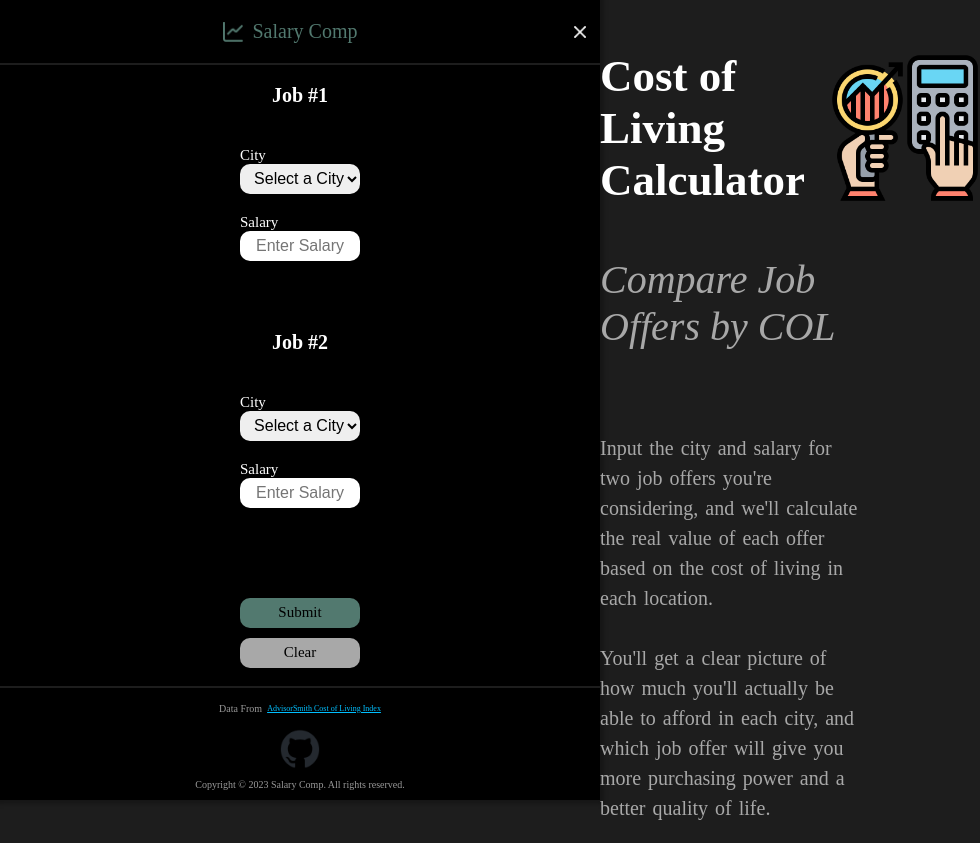
Repository: robbymcd/Salary-Comp
Page: /
The author's editor kept a copy of each file at every save. The page is drawn from the files as they stood at one save, then again after the next save.
The browser window is 600 px wide. The page is 980 px wide, so the pictures cover 980 px, including what lies to the right of the window. The pictures show the whole page.
Some web fonts or font styles are not loaded; a fallback is used. The project was rebuilt for these pictures with package versions that can differ from the ones it lists, and the page was loaded fresh each time. Also part of the build but not shown: src/Main.css, src/Main.js.

Above is the page before, as saved 2023-06-16 14:30:48.

### public/index.html
<!DOCTYPE html>
<html lang="en">
  <head>
    <meta charset="utf-8" />
    <link rel="icon" href="%PUBLIC_URL%/favicon.ico" />
    <meta name="viewport" content="width=device-width, initial-scale=1" />
    <meta name="theme-color" content="#000000" />
    <meta
      name="description"
      content="Compare Job Offers by COL"
    />
    <link rel="apple-touch-icon" href="%PUBLIC_URL%/logo192.png" />
    <!--
      manifest.json provides metadata used when your web app is installed on a
      user's mobile device or desktop. See https://developers.google.com/web/fundamentals/web-app-manifest/
    -->
    <link rel="manifest" href="%PUBLIC_URL%/manifest.json" />
    <!--
      Notice the use of %PUBLIC_URL% in the tags above.
      It will be replaced with the URL of the `public` folder during the build.
      Only files inside the `public` folder can be referenced from the HTML.

      Unlike "/favicon.ico" or "favicon.ico", "%PUBLIC_URL%/favicon.ico" will
      work correctly both with client-side routing and a non-root public URL.
      Learn how to configure a non-root public URL by running `npm run build`.
    -->
    <title>Salary Comp</title>
  </head>
  <body>
    <noscript>You need to enable JavaScript to run this app.</noscript>
    <div id="root"></div>
    <!--
      This HTML file is a template.
      If you open it directly in the browser, you will see an empty page.

      You can add webfonts, meta tags, or analytics to this file.
      The build step will place the bundled scripts into the <body> tag.

      To begin the development, run `npm start` or `yarn start`.
      To create a production bundle, use `npm run build` or `yarn build`.
    -->
  </body>
</html>

### src/index.css
body {
  margin: 0;
  font-family: -apple-system, BlinkMacSystemFont, 'Segoe UI', 'Roboto', 'Oxygen',
    'Ubuntu', 'Cantarell', 'Fira Sans', 'Droid Sans', 'Helvetica Neue',
    sans-serif;
  -webkit-font-smoothing: antialiased;
  -moz-osx-font-smoothing: grayscale;
  height: 100%;
  width: 100%;
}

html {
  height: 100%;
  width: 100%;
  background-color: #1D1D1D;
}

code {
  font-family: source-code-pro, Menlo, Monaco, Consolas, 'Courier New',
    monospace;
}

### src/App.js
import React, { useState } from 'react';
import './App.css';
import Sidebar from './Sidebar.js';
import Content from './Content.js';

function App() {
  const [isSubmitted, setIsSubmitted] = useState(false);
  const [cityCOL1, setCityCOL1] = useState('');
  const [cityCOL2, setCityCOL2] = useState('');
  const [cityName1, setCityName1] = useState('');
  const [cityName2, setCityName2] = useState('');
  const [salary1, setSalary1] = useState('');
  const [salary2, setSalary2] = useState('');

  const handleFormSubmit = (formData) => {
    setIsSubmitted(true);
    setCityCOL1(formData.cityCOL1);
    setCityCOL2(formData.cityCOL2);
    setCityName1(formData.cityName1);
    setCityName2(formData.cityName2);
    setSalary1(formData.salary1);
    setSalary2(formData.salary2);
  };

  return (
    <div className="main">
        <Sidebar onFormSubmit={handleFormSubmit}/>
        <Content isSubmitted={isSubmitted} cityCOL1={cityCOL1} cityCOL2={cityCOL2} cityName1={cityName1} cityName2={cityName2} salary1={salary1} salary2={salary2} />
    </div>
  );
}

export default App;

### src/App.css
.main {
    display: flex;
    flex-direction: row;
    height: 200%;
    width: 100%;
    background-color: #1D1D1D;
}

### src/Content.js
import React from 'react';
import './Content.css';
import Instruction from './Instruction.js';
import Main from './Main.js';

export default function Content({ isSubmitted ,cityCOL1 ,cityCOL2, cityName1, cityName2 , salary1, salary2 }) {

    return (
        <div className='Content-container'>
            {isSubmitted ? <Main cityCOL1={cityCOL1} cityCOL2={cityCOL2} cityName1={cityName1} cityName2={cityName2} salary1={salary1} salary2={salary2}/> : <Instruction />}
        </div>
    );
}

### src/Sidebar.css
@import url('https://fonts.googleapis.com/css?family=Roboto-Mono');
@import url('https://fonts.googleapis.com/css?family=Mukta-Vaani');
.sidebar {
    display: flex;
    height: 100vh;
    width: fit-content;
}

.closed-sidebar {
    display: flex;
    height: 100vh;
    width: fit-content;
    margin-right: 22vw;
}

.plusIcon {
    height: 30px;
    width: 30px;
    margin-left: 20px;
    align-self: center;
    cursor: pointer;
}

.plusIcon:hover {
    opacity: 0.5;
}

.error {
    display: flex;
    font-size: 15px;
    margin-bottom: -15px;
    color: #BA1F33;
}

.button-container {
    display: flex;
    flex-direction: column;
    gap: 10px;
    margin-top: 20px;
}

.submit-container {
    display: flex;
}

.submit {
    height: 30px;
    width: clamp(100px, 20vw, 300px);
    border-radius: 10px;
    border: none;
    outline: none;
    cursor: pointer;
    background-color: #52796F;
    font-family: Mukta Vaani;
    font-size: 15px;
    color: #000;
    box-shadow: 0px 4px 4px rgba(0, 0, 0, 0.25);
}

.submit:hover {
    opacity: 0.8;
}

.clear-container {
    display: flex;
}

.clear {
    height: 30px;
    width: clamp(100px, 20vw, 300px);
    border-radius: 10px;
    border: none;
    outline: none;
    cursor: pointer;
    background-color: #a8a8a8;
    font-family: Mukta Vaani;
    font-size: 15px;
    color: #000;
    box-shadow: 0px 4px 4px rgba(0, 0, 0, 0.25);
}

.clear:hover {
    opacity: 0.8;
}

@media screen and (min-width: 1650px) {
    .button-container {
        gap: 20px;
    }
}

### src/OpenSidebar.css
@import url('https://fonts.googleapis.com/css?family=Roboto-Mono');
@import url('https://fonts.googleapis.com/css?family=Mukta-Vaani');

.open-sidebar {
    display: flex;
    flex-direction: column;
    height: 100vh;
    width: 25vw;
    background-color: #000;
    box-shadow: 0px 0px 4px 4px rgba(0, 0, 0, 0.25);
    margin-right: 8vw;
    transition: transform 0.3s ease-in-out;
}

.sidebar-header {
    display: flex;
    width: 25vw;
    border-bottom: 2px solid #1d1d1d;
    justify-content: space-between;
    align-items: center;
}

.sidebar-wrapper {
    display: inline-block;
}

.centering {
    display: flex;
    flex-direction: row;
    width: 100%;
    align-self: center;
    align-items: center;
    justify-content: center;
}

.logo {
    display: flex;
    flex-direction: row;
    width: 100%;
    align-items: center;
    justify-content: center;
    gap: 10px;
    cursor: pointer;
}

.logo:hover {
    opacity: .8;
}

.logo p {
    font-family: Roboto Mono;
    color: #52796F;
    font-size: 25px;
}

.chart {
    height: 20px;
    width: 20px;
}

.city {
    display: flex;
    flex-direction: column;
    font-family: Mukta Vaani;
    font-style: normal;
    font-weight: 300;
    font-size: 20px;
    color: #fff;
}

.salary{
    display: flex;
    flex-direction: column;
    font-family: Mukta Vaani;
    font-style: normal;
    font-weight: 300;
    font-size: 20px;
    color: #fff;
}

.salary label {
    display: flex;
    justify-self: center;
}

.form {
    display: flex;
    flex-direction: column;
    font-family: Mukta Vaani;
    height: 100%;
    align-items: center;
    gap: 20px;
    border-bottom: 2px solid #1d1d1d;
    justify-content: center;
    padding: 20px;
}

.form h1 {
    color: #fff;
    font-family: Roboto Mono;
    font-size: 30px;
    font-weight: 700;
    font-style: normal;
    text-align: center;
    margin-top: 10px;
    margin-bottom: 0px;
}

select {
    cursor: pointer;
}

input {
    text-decoration: none;
    height: 30px;
    width: clamp(100px, 20vw, 300px);
    border-radius: 10px;
    outline: none;
    border: none;
    padding: 0;
    text-align: center;
    font-size: 16px;
    cursor: pointer;
}

.salarycomp {
    height: 80px;
    width: 360px;
}

.x {
    height: 25px;
    width: 25px;
    cursor: pointer;
    margin-right: 10px;
}

.x:hover {
    opacity: 0.5;
    transition: ease-in-out 0.2s;
}

.footer {
    display: flex;
    flex-direction: column;
    align-items: center;
    justify-content: center;
    width: 100%;
    background-color: #000;
}

.footer p {
    color: #fff;
    opacity: .6;
    font-family: 'Mukta Vaani';
    font-style: normal;
    font-weight: 300;
    font-size: 14px;
    text-align: center;
}

.hiw {
    display: flex;
    flex-direction: row;
    align-items: center;
    justify-content: center;
    gap: 10px;
}

.hiw a {
    font-size: 14px;
    font-weight: 300;
    font-family: 'Mukta Vaani';
    color: #00bfff;
}

.hiw a:hover {
    opacity: 0.5;
    transition: ease-in-out 0.2s;
}

.github {
    height: 50px;
    width: 50px;
    cursor: pointer;
}

.github:hover {
    opacity: 0.8;
}

@media screen and (max-width: 1000px) {
    .footer p {
        font-size: 10px;
    }

    .hiw a {
        font-size: 10px;
    }

    .hiw {
        margin-top: 10px;
        margin-bottom: 5px;
        gap: 5px;
    }
}

@media screen and (max-width: 700px) {
    .open-sidebar {
        width: 100vw;
        margin-right: 0;
    }

    .form {
        padding: 10px;
    }

    .form h1 {
        font-size: 20px;
    }

    .sidebar-header {
        width: 100vw;
    }

    .sidebar-wrapper {
        display: flex;
        flex-direction: row;
        justify-content: space-between;
        width: 100vw;
    }

    .logo {
        margin-left: 10px;
    }

    .logo p {
        font-size: 20px;
    }

    .city {
        font-size: 15px;
    }

    .salary {
        font-size: 15px;
    }

    .salary label {
        font-size: 15px;
    }

    .salarycomp {
        height: 60px;
        width: 300px;
    }

    .x {
        height: 20px;
        width: 20px;
    }

    .hiw a {
        font-size: 8px;
    }

    .hiw {
        margin-top: 5px;
        margin-bottom: 5px;
        gap: 5px;
    }

    .github {
        height: 40px;
        width: 40px;
    }
}

@media screen and (min-height: 800px) {
    .form h1 {
        margin-top: 0;
        margin-bottom: 20px;
    }

    input {
        margin-bottom: 50px;
    }
}

### src/Select.css
.select-main {
    text-decoration: none;
    height: 30px;
    width: clamp(100px, 20vw, 300px);
    border-radius: 10px;
    outline: none;
    text-align: center;
    font-size: 16px;
}

.select-main select {
    text-align: center;
    text-decoration: none;
    outline: none;
    border: none;
    height: 30px;
    width: clamp(100px, 20vw, 300px);
    border-radius: 10px;
    font-size: 16px;
    padding-left: 10px;
}

### src/Content.css
@import url('https://fonts.googleapis.com/css?family=Kadwa');
@import url('https://fonts.googleapis.com/css?family=Hind-Madurai');

.Content-container {
    display: flex;
    width: 100%;
}

.header {
    display: flex;
    flex-direction: row;
    align-items: center;
    margin-top: 50px;
    gap: 25px;
}

.content h1 {
    font-family: Kadwa;
    font-weight: bold;
    font-size: 45px;
    height: 100%;
    margin: 0;
}

.content h2 {
    font-family: Hind Madurai;
    font-size: 40px;
    color: #a8a8a8;
    margin-top: 50px;
    width: 75%;
    font-weight: 500;
    font-style: italic;
}

.content p {
    display: flex;
    width: 50vw;
    font-family: Hind Madurai;
    font-size: 20px;
    color: #a8a8a8;
    word-spacing: 2px;
    line-height: 1.5;
    margin-top: 50px;
    width: 70%;
}

.content {
    display: flex;
    flex-direction: column;
    color: #fff;
    height: fit-content;
    width: 100%;
    justify-items: center;
}

.calculator {
    display: flex;
    height: 150px;
    width: 150px;
}

### src/Instruction.js
import calculator from './calculator.png';

export default function Instruction() {
    return (
        <div className="content">
            <div className="header">
                <h1>Cost of Living Calculator</h1>
                <img className="calculator" src={calculator} alt='calculator'></img>
            </div>
            <h2>Compare Job Offers by COL</h2>
            <p>Input the city and salary for two job offers you're considering, and we'll calculate the real value of each offer based on the cost of living in each location.<br/><br/>You'll get a clear picture of how much you'll actually be able to afford in each city, and which job offer will give you more purchasing power and a better quality of life.
            </p>
        </div>
    );
}

Loaded but not shown: src/index.js (common file); src/reportWebVitals.js (common file); src/Sidebar.js (395 lines, source omitted)

After the next save:
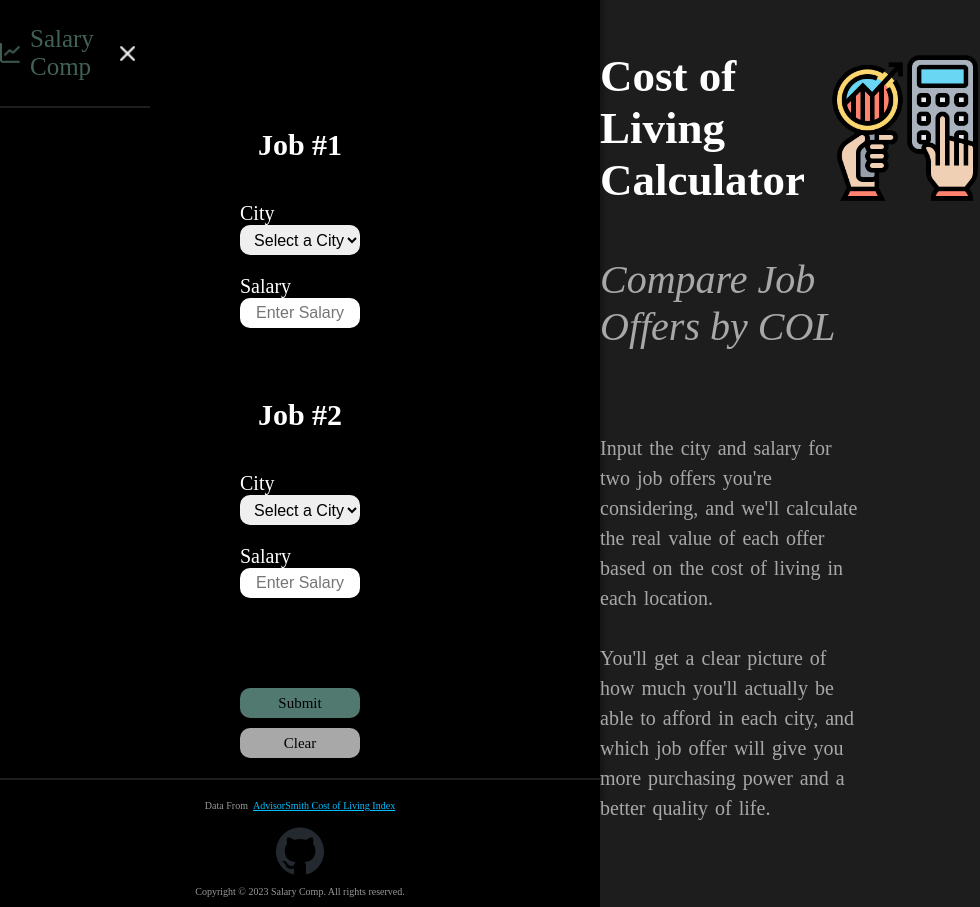
Saved 30 s later.
--- a/src/OpenSidebar.css
+++ b/src/OpenSidebar.css
@@ -210,70 +210,6 @@ input {
         width: 100vw;
         margin-right: 0;
     }
-
-    .form {
-        padding: 10px;
-    }
-
-    .form h1 {
-        font-size: 20px;
-    }
-
-    .sidebar-header {
-        width: 100vw;
-    }
-
-    .sidebar-wrapper {
-        display: flex;
-        flex-direction: row;
-        justify-content: space-between;
-        width: 100vw;
-    }
-
-    .logo {
-        margin-left: 10px;
-    }
-
-    .logo p {
-        font-size: 20px;
-    }
-
-    .city {
-        font-size: 15px;
-    }
-
-    .salary {
-        font-size: 15px;
-    }
-
-    .salary label {
-        font-size: 15px;
-    }
-
-    .salarycomp {
-        height: 60px;
-        width: 300px;
-    }
-
-    .x {
-        height: 20px;
-        width: 20px;
-    }
-
-    .hiw a {
-        font-size: 8px;
-    }
-
-    .hiw {
-        margin-top: 5px;
-        margin-bottom: 5px;
-        gap: 5px;
-    }
-
-    .github {
-        height: 40px;
-        width: 40px;
-    }
 }
 
 @media screen and (min-height: 800px) {
